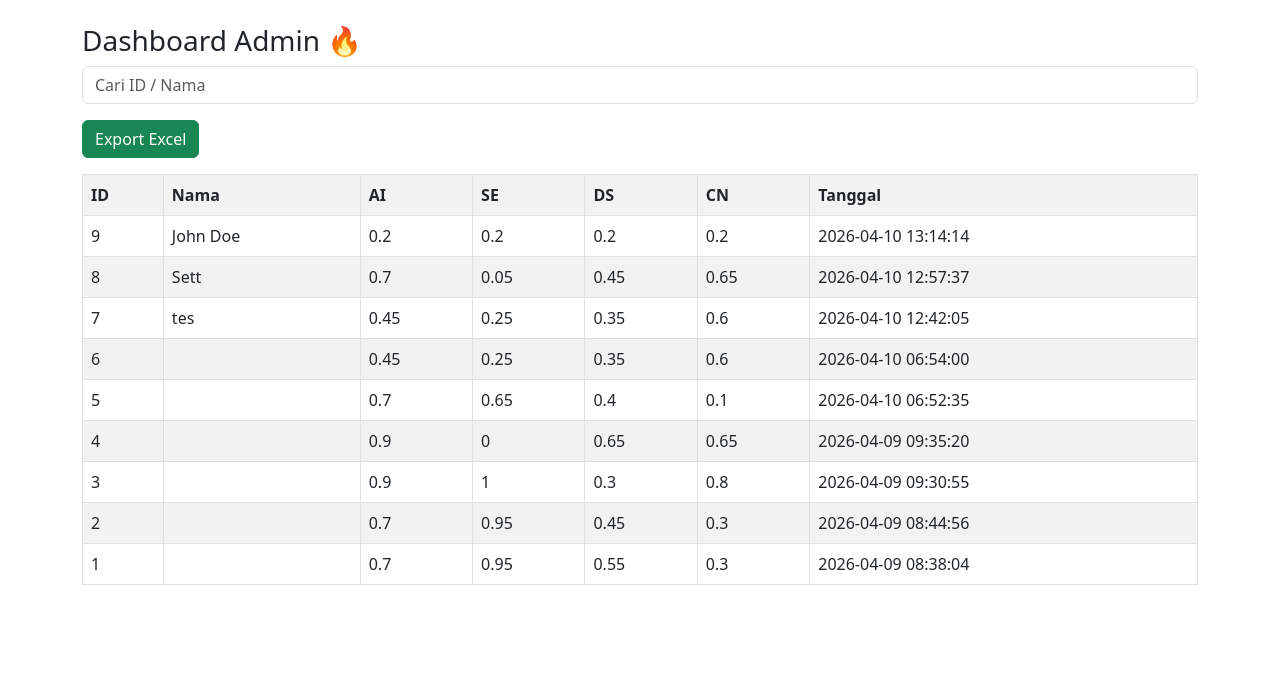
Repository: Senicccc/pathfinderit
Page: http://localhost/admin/index.php
An editor plug-in stored every save of this project. The page is shown before and after the next save, followed by the edit.
The browser window is 1280 px wide. The pictures show the whole page.
The page is run by PHP 8.4 with error messages shown; the project is at /var/www/html/. The session is filled in as if someone had signed in: {"admin": "Admin"}. Other server files are loaded and not shown. The database holds what the project's SQL file puts in it.

Above is the page before, as saved 2026-04-09 16:11:40.

### admin/index.php
<?php
session_start();
include '../config/connection.php';

if (!isset($_SESSION['admin'])) {
    header("Location: login.php");
    exit;
}

// search
$keyword = isset($_GET['search']) ? $_GET['search'] : '';

$query = mysqli_query($conn, "
SELECT * FROM results
WHERE id LIKE '%$keyword%' OR name LIKE '%$keyword%'
ORDER BY id DESC
");
?>

<!DOCTYPE html>
<html>

<head>
    <title>Dashboard Admin</title>
    <link href="https://cdn.jsdelivr.net/npm/bootstrap@5.3.0/dist/css/bootstrap.min.css" rel="stylesheet">
</head>

<body>

    <div class="container mt-4">
        <h3>Dashboard Admin 🔥</h3>

        <form method="GET" class="mb-3">
            <input type="text" name="search" placeholder="Cari ID / Nama" class="form-control">
        </form>

        <a href="export.php" class="btn btn-success mb-3">Export Excel</a>

        <table class="table table-bordered table-striped">
            <tr>
                <th>ID</th>
                <th>Nama</th>
                <th>AI</th>
                <th>SE</th>
                <th>DS</th>
                <th>CN</th>
                <th>Tanggal</th>
            </tr>

            <?php while($row = mysqli_fetch_assoc($query)) { ?>
            <tr>
                <td><?= $row['id'] ?></td>
                <td><?= $row['name'] ?></td>
                <td><?= round($row['ai_score'],3) ?></td>
                <td><?= round($row['se_score'],3) ?></td>
                <td><?= round($row['ds_score'],3) ?></td>
                <td><?= round($row['cn_score'],3) ?></td>
                <td><?= $row['created_at'] ?></td>
            </tr>
            <?php } ?>

        </table>
    </div>

</body>

</html>

### config/connection.php
<?php
$conn = mysqli_connect("localhost", "root", "", "pathfinderit");

if (!$conn) {
    die("Connection failed: " . mysqli_connect_error());
}
?>

### pathfinderit.sql (the tables this page reads)
CREATE TABLE `results` (
  `id` int NOT NULL,
  `name` varchar(100) DEFAULT NULL,
  `q1` int DEFAULT NULL,
  `q2` int DEFAULT NULL,
  `q3` int DEFAULT NULL,
  `q4` int DEFAULT NULL,
  `q5` int DEFAULT NULL,
  `q6` int DEFAULT NULL,
  `q7` int DEFAULT NULL,
  `q8` int DEFAULT NULL,
  `q9` int DEFAULT NULL,
  `q10` int DEFAULT NULL,
  `q11` int DEFAULT NULL,
  `q12` int DEFAULT NULL,
  `ai_score` float DEFAULT NULL,
  `se_score` float DEFAULT NULL,
  `ds_score` float DEFAULT NULL,
  `cn_score` float DEFAULT NULL,
  `created_at` timestamp NULL DEFAULT CURRENT_TIMESTAMP
) ENGINE=InnoDB DEFAULT CHARSET=utf8mb4 COLLATE=utf8mb4_0900_ai_ci;

INSERT INTO `results` (`id`, `name`, `q1`, `q2`, `q3`, `q4`, `q5`, `q6`, `q7`, `q8`, `q9`, `q10`, `q11`, `q12`, `ai_score`, `se_score`, `ds_score`, `cn_score`, `created_at`) VALUES
(1, NULL, 4, 5, 2, 3, 2, 5, 3, 3, 4, 4, 2, 3, 0.7, 0.95, 0.55, 0.3, '2026-04-09 08:38:04'),
(2, NULL, 4, 5, 2, 3, 2, 5, 3, 3, 4, 4, 2, 3, 0.7, 0.95, 0.45, 0.3, '2026-04-09 08:44:56'),
(3, NULL, 4, 5, 5, 1, 5, 5, 2, 5, 5, 1, 1, 1, 0.9, 1, 0.3, 0.8, '2026-04-09 09:30:55'),
(4, NULL, 5, 1, 3, 5, 5, 1, 3, 4, 5, 4, 5, 3, 0.9, 0, 0.65, 0.65, '2026-04-09 09:35:20'),
(5, NULL, 3, 3, 1, 2, 1, 5, 4, 3, 5, 5, 4, 3, 0.7, 0.65, 0.4, 0.1, '2026-04-10 06:52:35'),
(6, NULL, 3, 1, 5, 3, 1, 2, 1, 1, 3, 2, 2, 4, 0.45, 0.25, 0.35, 0.6, '2026-04-10 06:54:00'),
(7, 'tes', 3, 1, 5, 3, 1, 2, 1, 1, 3, 2, 2, 4, 0.45, 0.25, 0.35, 0.6, '2026-04-10 12:42:05'),
(8, 'Sett', 5, 1, 4, 3, 4, 1, 3, 4, 3, 4, 4, 3, 0.7, 0.05, 0.45, 0.65, '2026-04-10 12:57:37'),
(9, 'John Doe', 1, 1, 1, 1, 1, 1, 1, 1, 1, 1, 1, 1, 0.2, 0.2, 0.2, 0.2, '2026-04-10 13:14:14');

ALTER TABLE `results`
  ADD PRIMARY KEY (`id`);

ALTER TABLE `results`
  MODIFY `id` int NOT NULL AUTO_INCREMENT, AUTO_INCREMENT=10;

After the next save:
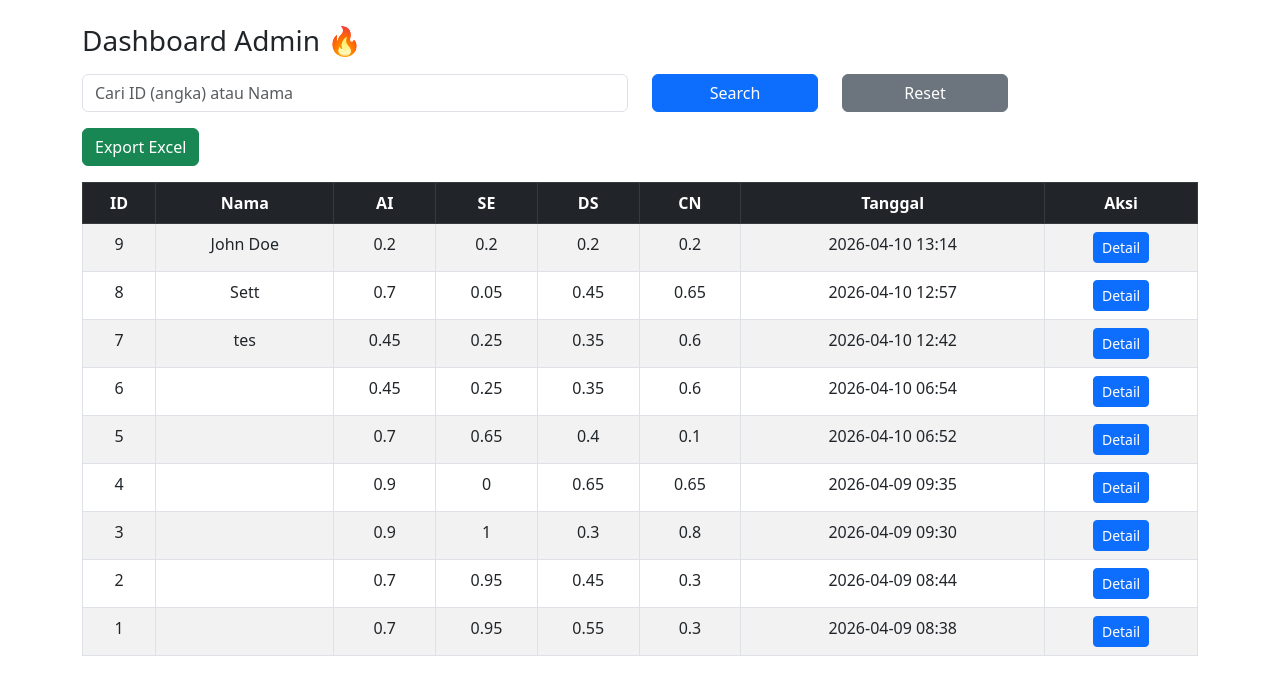
Saved 4 min 53 s later.
--- a/admin/index.php
+++ b/admin/index.php
@@ -7,59 +7,94 @@ if (!isset($_SESSION['admin'])) {
     exit;
 }
 
-// search
+// ambil keyword
 $keyword = isset($_GET['search']) ? $_GET['search'] : '';
 
-$query = mysqli_query($conn, "
-SELECT * FROM results
-WHERE id LIKE '%$keyword%' OR name LIKE '%$keyword%'
-ORDER BY id DESC
-");
+// query dinamis
+if ($keyword != '') {
+    if (is_numeric($keyword)) {
+        $query = mysqli_query($conn, "SELECT * FROM results WHERE id = '$keyword'");
+    } else {
+        $query = mysqli_query($conn, "SELECT * FROM results WHERE name LIKE '%$keyword%'");
+    }
+} else {
+    $query = mysqli_query($conn, "SELECT * FROM results ORDER BY id DESC");
+}
 ?>
 
 <!DOCTYPE html>
 <html>
 
 <head>
-    <title>Dashboard Admin</title>
+    <title>Dashboard Admin - PathFinderIT</title>
     <link href="https://cdn.jsdelivr.net/npm/bootstrap@5.3.0/dist/css/bootstrap.min.css" rel="stylesheet">
 </head>
 
 <body>
 
     <div class="container mt-4">
-        <h3>Dashboard Admin 🔥</h3>
 
+        <h3 class="mb-3">Dashboard Admin 🔥</h3>
+
+        <!-- SEARCH -->
         <form method="GET" class="mb-3">
-            <input type="text" name="search" placeholder="Cari ID / Nama" class="form-control">
+            <div class="row">
+                <div class="col-md-6">
+                    <input type="text" name="search" value="<?= $keyword ?>" placeholder="Cari ID (angka) atau Nama"
+                        class="form-control">
+                </div>
+                <div class="col-md-2">
+                    <button class="btn btn-primary w-100">Search</button>
+                </div>
+                <div class="col-md-2">
+                    <a href="index.php" class="btn btn-secondary w-100">Reset</a>
+                </div>
+            </div>
         </form>
 
-        <a href="export.php" class="btn btn-success mb-3">Export Excel</a>
+        <!-- EXPORT -->
+        <a href="export.php?search=<?= $keyword ?>" class="btn btn-success mb-3">
+            Export Excel
+        </a>
 
-        <table class="table table-bordered table-striped">
-            <tr>
-                <th>ID</th>
-                <th>Nama</th>
-                <th>AI</th>
-                <th>SE</th>
-                <th>DS</th>
-                <th>CN</th>
-                <th>Tanggal</th>
-            </tr>
+        <!-- TABLE -->
+        <div class="table-responsive">
+            <table class="table table-bordered table-striped text-center">
+                <thead class="table-dark">
+                    <tr>
+                        <th>ID</th>
+                        <th>Nama</th>
+                        <th>AI</th>
+                        <th>SE</th>
+                        <th>DS</th>
+                        <th>CN</th>
+                        <th>Tanggal</th>
+                        <th>Aksi</th>
+                    </tr>
+                </thead>
 
-            <?php while($row = mysqli_fetch_assoc($query)) { ?>
-            <tr>
-                <td><?= $row['id'] ?></td>
-                <td><?= $row['name'] ?></td>
-                <td><?= round($row['ai_score'],3) ?></td>
-                <td><?= round($row['se_score'],3) ?></td>
-                <td><?= round($row['ds_score'],3) ?></td>
-                <td><?= round($row['cn_score'],3) ?></td>
-                <td><?= $row['created_at'] ?></td>
-            </tr>
-            <?php } ?>
+                <tbody>
+                    <?php while($row = mysqli_fetch_assoc($query)) { ?>
+                    <tr>
+                        <td><?= $row['id'] ?></td>
+                        <td><?= $row['name'] ?></td>
+                        <td><?= round($row['ai_score'],3) ?></td>
+                        <td><?= round($row['se_score'],3) ?></td>
+                        <td><?= round($row['ds_score'],3) ?></td>
+                        <td><?= round($row['cn_score'],3) ?></td>
+                        <td><?= date("Y-m-d H:i", strtotime($row['created_at'])) ?></td>
+                        <td>
+                            <a href="detail.php?id=<?= $row['id'] ?>" class="btn btn-sm btn-primary">
+                                Detail
+                            </a>
+                        </td>
+                    </tr>
+                    <?php } ?>
+                </tbody>
 
-        </table>
+            </table>
+        </div>
+
     </div>
 
 </body>
